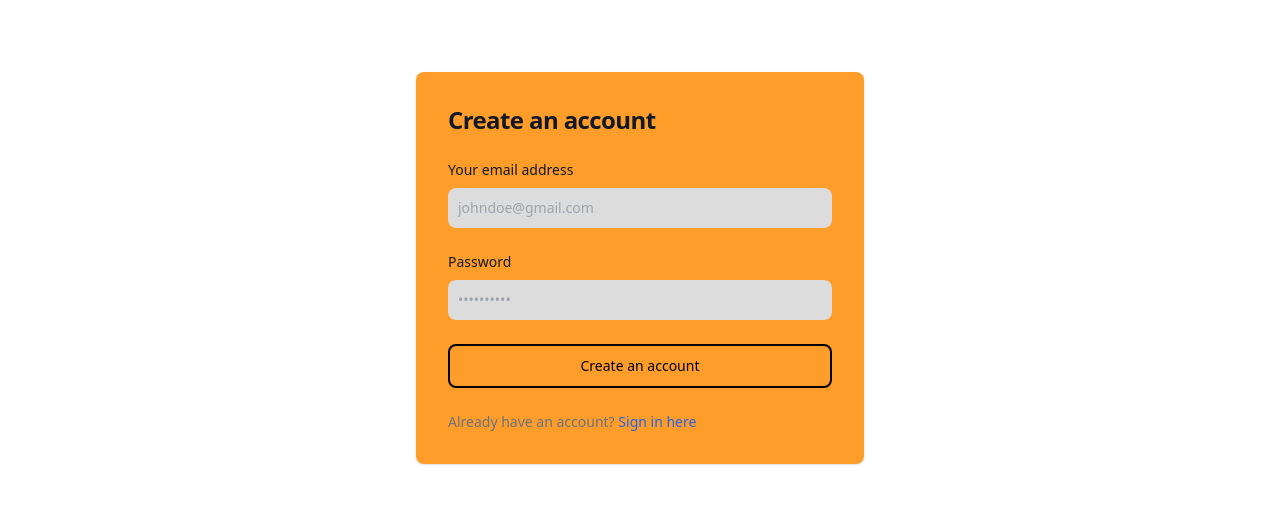
Repository: AdwaitSri/Kingston-Marketplace
Page: /signup (app in qhacks-24/)
An editor plug-in stored every save of this project. The page is shown before and after the next save, followed by the edit.
The browser window is 1280 px wide. The pictures show the whole page.
The project was rebuilt for these pictures with package versions that can differ from the ones it lists, and the page was loaded fresh each time. Also part of the build but not shown: qhacks-24/src/components/HomeNavbar.js, qhacks-24/src/pages/Home.js.

Above is the page before, as saved 2024-02-02 21:07:22.

### qhacks-24/public/index.html
<!DOCTYPE html>
<html lang="en">
  <head>
    <meta charset="utf-8" />
    <link rel="preconnect" href="https://fonts.googleapis.com">
    <link rel="preconnect" href="https://fonts.gstatic.com" crossorigin>
    <link href="https://fonts.googleapis.com/css2?family=Josefin+Sans:ital,wght@0,100;0,200;0,300;0,400;0,500;0,600;0,700;1,100;1,200;1,300;1,400;1,500;1,600;1,700&display=swap" rel="stylesheet">
    <link rel="icon" href="%PUBLIC_URL%/favicon.ico" />
    <meta name="viewport" content="width=device-width, initial-scale=1" />
    <meta name="theme-color" content="#000000" />
    <meta
      name="description"
      content="Web site created using create-react-app"
    />
    <link rel="apple-touch-icon" href="%PUBLIC_URL%/logo192.png" />
    <!--
      manifest.json provides metadata used when your web app is installed on a
      user's mobile device or desktop. See https://developers.google.com/web/fundamentals/web-app-manifest/
    -->
    <link rel="manifest" href="%PUBLIC_URL%/manifest.json" />
    <!--
      Notice the use of %PUBLIC_URL% in the tags above.
      It will be replaced with the URL of the `public` folder during the build.
      Only files inside the `public` folder can be referenced from the HTML.

      Unlike "/favicon.ico" or "favicon.ico", "%PUBLIC_URL%/favicon.ico" will
      work correctly both with client-side routing and a non-root public URL.
      Learn how to configure a non-root public URL by running `npm run build`.
    -->
    <title>React App</title>
  </head>
  <body>
    <noscript>You need to enable JavaScript to run this app.</noscript>
    <div id="root"></div>
    <!--
      This HTML file is a template.
      If you open it directly in the browser, you will see an empty page.

      You can add webfonts, meta tags, or analytics to this file.
      The build step will place the bundled scripts into the <body> tag.

      To begin the development, run `npm start` or `yarn start`.
      To create a production bundle, use `npm run build` or `yarn build`.
    -->
  </body>
</html>

### qhacks-24/src/pages/Signup.js
import React from "react";

export default function Signup() {
    const [formData, setFormData] = React.useState(
        {
            email: '',
            password: '',
        }
    )

    function handleChange(event) {
        setFormData(prevFormData => {
            return {
                ...prevFormData,
                [event.target.name]: event.target.value
            }
        })
    }



    return (
    <div
    class="w-full rounded-lg bg-orange-1 shadow dark:border md:mt-[10dvh] sm:max-w-md xl:p-0 dark:bg-gray-800 dark:border-gray-700 mx-auto mt-[10dvh]">
        <div class="p-6 space-y-4 md:space-y-6 sm:p-8">
        <h1 class="text-xl font-bold leading-tight tracking-tight text-gray-900 md:text-2xl dark:text-white">Create an
            account
        </h1>
        <form class="space-y-4 md:space-y-6" method="POST">
            <div>
            <label for="email" class="block mb-2 text-sm font-medium text-gray-900 dark:text-white">Your email address</label>
            <input type="email" name="email" id="email" onChange={handleChange} value={formData.email} class="outline-none bg-[#dcdcdc] hover:bg-[#f0f0f0] focus:bg-[#ffffff] text-gray-900 sm:text-sm rounded-lg focus:ring-blue-600 focus:border-blue-600 block w-full p-2.5 dark:bg-gray-700 dark:border-gray-600 dark:placeholder-gray-400 dark:text-white dark:focus:ring-blue-500 dark:focus:border-blue-500" placeholder="johndoe@gmail.com" required="">
            </input>
            </div>

            <div>
            <label for="password" class="block mb-2 text-sm font-medium text-gray-900 dark:text-white">Password</label>
            <input type="password" name="password" id="password" onChange={handleChange} value={formData.password} placeholder="••••••••••" class="outline-none bg-[#dcdcdc] hover:bg-[#f0f0f0] focus:bg-[#ffffff] text-gray-900 sm:text-sm rounded-lg focus:ring-blue-600 focus:border-blue-600 block w-full p-2.5 dark:bg-gray-700 dark:border-gray-600 dark:placeholder-gray-400 dark:text-white dark:focus:ring-blue-500 dark:focus:border-blue-500" required="">
            </input>
            </div>

            <button type="submit" class="w-full z-10 border-[#000000] border-2 border-solid font-medium rounded-lg text-sm px-5 py-2.5 text-center">Create an account</button>
            <p class="text-sm font-light text-gray-500 dark:text-gray-400">Already have an account? <a
                class="font-medium text-blue-600 hover:underline dark:text-blue-500" href="/signin">Sign in here</a>
            </p>
        </form>
        </div>
  </div>
  )
}

Loaded but not shown: qhacks-24/src/index.css (common file); qhacks-24/src/App.css (common file); qhacks-24/src/index.js (19 lines, source omitted); qhacks-24/tailwind.config.js (17 lines, source omitted); qhacks-24/src/App.js (18 lines, source omitted); qhacks-24/src/output.css (1762 lines, source omitted)

After the next save:
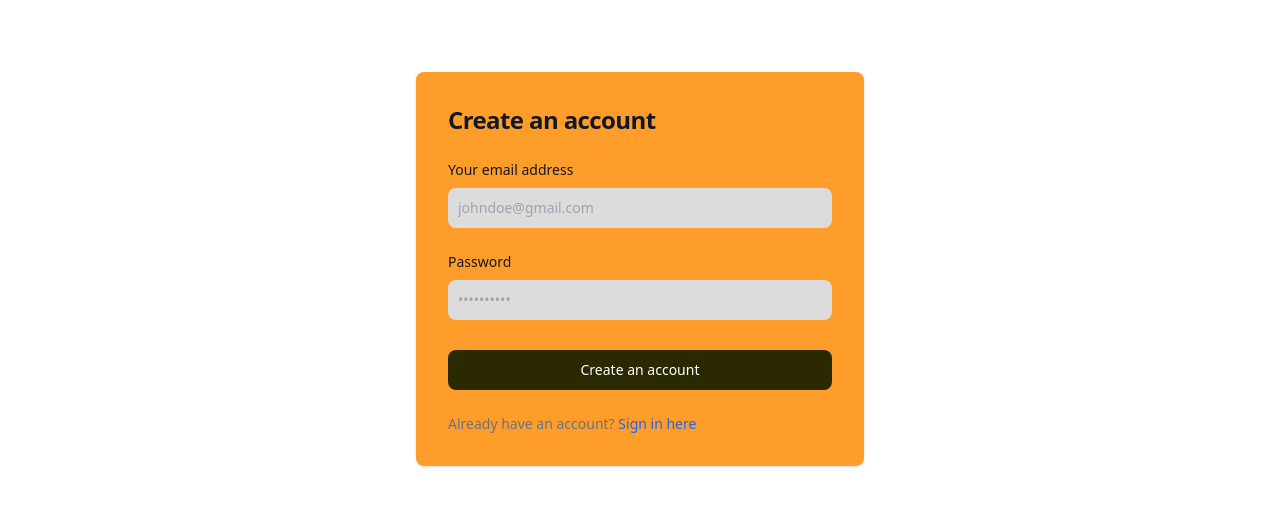
Saved 109 s later.
--- a/qhacks-24/src/pages/Signup.js
+++ b/qhacks-24/src/pages/Signup.js
@@ -35,11 +35,11 @@ export default function Signup() {
 
             <div>
             <label for="password" class="block mb-2 text-sm font-medium text-gray-900 dark:text-white">Password</label>
-            <input type="password" name="password" id="password" onChange={handleChange} value={formData.password} placeholder="••••••••••" class="outline-none bg-[#dcdcdc] hover:bg-[#f0f0f0] focus:bg-[#ffffff] text-gray-900 sm:text-sm rounded-lg focus:ring-blue-600 focus:border-blue-600 block w-full p-2.5 dark:bg-gray-700 dark:border-gray-600 dark:placeholder-gray-400 dark:text-white dark:focus:ring-blue-500 dark:focus:border-blue-500" required="">
+            <input type="password" name="password" id="password" onChange={handleChange} value={formData.password} placeholder="••••••••••" class="outline-none bg-[#dcdcdc] hover:bg-[#f0f0f0] focus:bg-[#ffffff] text-gray-900 sm:text-sm rounded-lg focus:ring-blue-600 focus:border-blue-600 block w-full p-2.5 dark:bg-gray-700 dark:border-gray-600 dark:placeholder-gray-400 dark:text-white dark:focus:ring-blue-500 dark:focus:border-blue-500 mb-[30px]" required="">
             </input>
             </div>
 
-            <button type="submit" class="w-full z-10 border-[#000000] border-2 border-solid font-medium rounded-lg text-sm px-5 py-2.5 text-center">Create an account</button>
+            <div className="bg-dark-1 w-full z-10 font-medium rounded-lg text-sm px-5 py-2.5 text-center"><button type="submit" className="text-[#ffffff]">Create an account</button></div>
             <p class="text-sm font-light text-gray-500 dark:text-gray-400">Already have an account? <a
                 class="font-medium text-blue-600 hover:underline dark:text-blue-500" href="/signin">Sign in here</a>
             </p>
